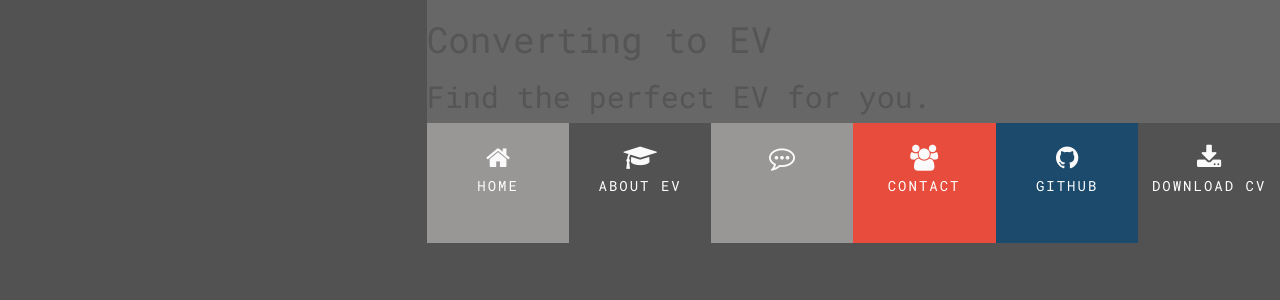
Repository: gnisco/2nd-project
Page: index.html
The author's editor kept a record of every edit. The page is drawn from the files as they stood at one moment, then again after the next edit.
The browser window is 1280 px wide. The pictures show the whole page.
Some web libraries are served in a nearby version.

Above is the page before.

After the next edit:
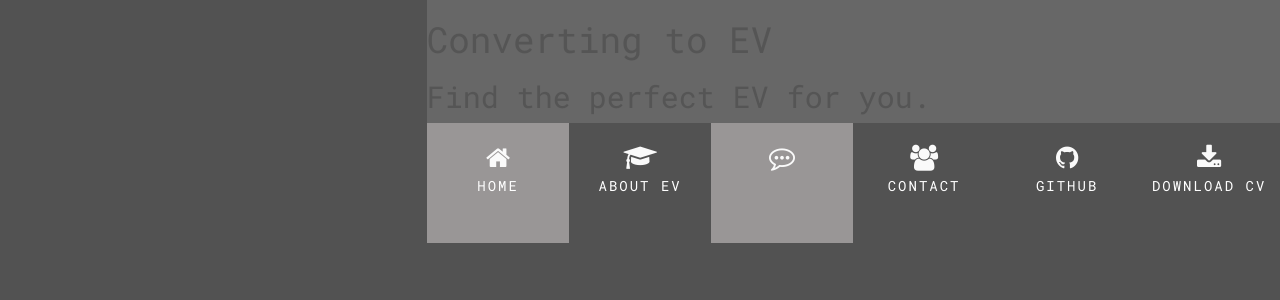
The edit:
--- a/assets/css/style.css
+++ b/assets/css/style.css
@@ -99,15 +99,6 @@
 }
 
 
-.ui-menu-color-github {
-    background-color: #1c4a6c;
-}
-
-.ui-menu-color-interests {
-    background-color: #e74c3c;
-}
-
-
 
 
 body {
